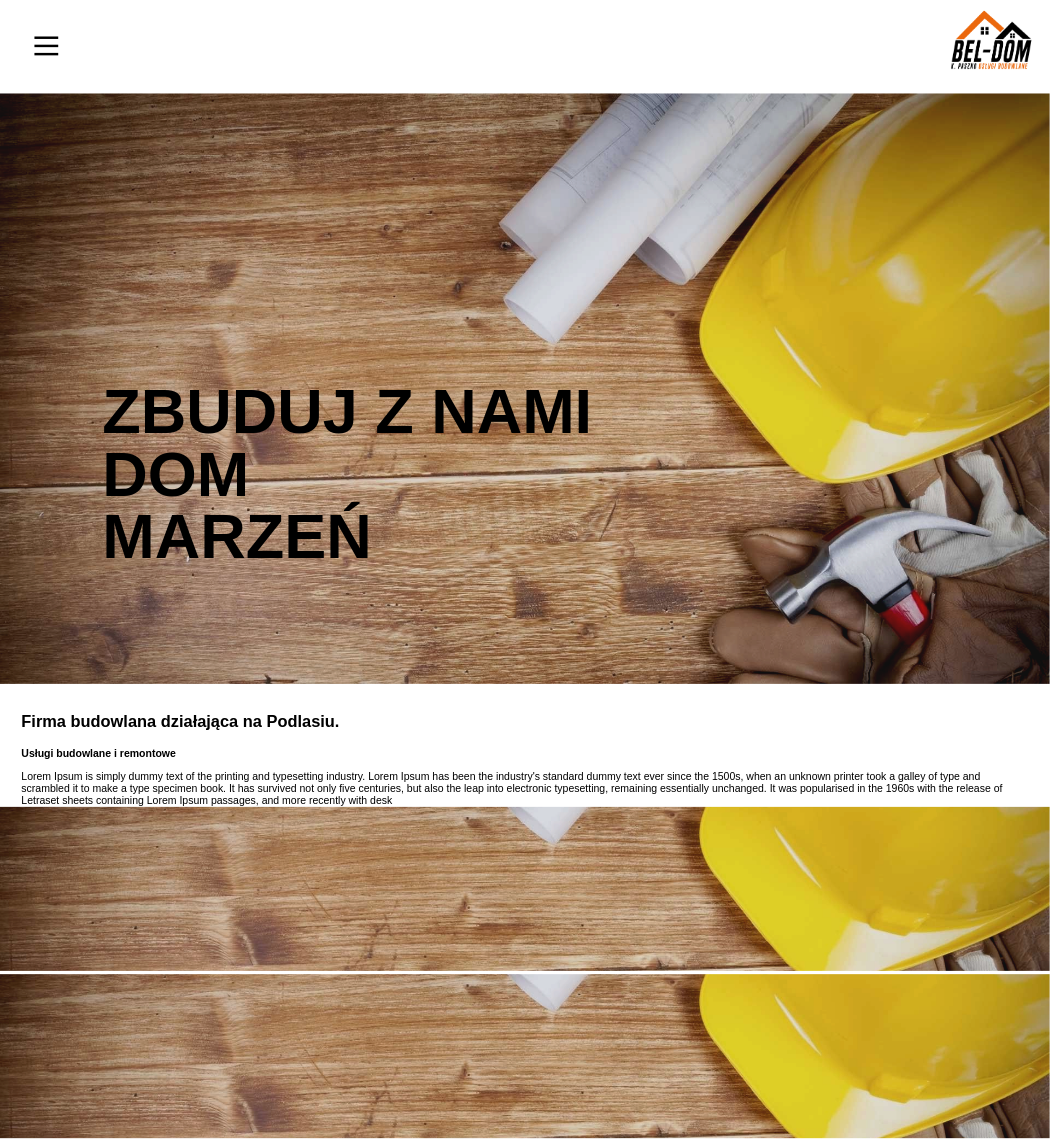
Repository: JakubPaszko2001/bel
Page: index.html
An editor plug-in stored every save of this project. The page is shown before and after the next save, followed by the edit.
The browser window is 1280 px wide. The pictures show the whole page, at 82% of full size.
Some web fonts or font styles are not loaded; a fallback is used.

Above is the page before, as saved 2022-01-05 22:26:24.

### index.html
<!DOCTYPE html>
<html lang="pl-PL">
<head>
    <meta charset="UTF-8">
    <meta http-equiv="X-UA-Compatible" content="IE=edge">
    <meta name="viewport" content="width=device-width, initial-scale=1.0">
    <title>BEL-DOM</title>
    <link rel="preconnect" href="https://fonts.googleapis.com">
    <link rel="preconnect" href="https://fonts.gstatic.com" crossorigin>
    <link href="https://fonts.googleapis.com/css2?family=Prompt:wght@300;400;700&display=swap" rel="stylesheet">
    <link rel="stylesheet" href="style.css">
</head>
<body>
<!-- HEADER -->
<header>
    <div class="container">
        <!-- SPAN -->
        <button class="hamburger">
            <span class="hamburger__menu">
                <span class="hamburger__inner"></span>
            </span>
        </button>
        <!-- LOGO -->
        <div class="header__logo">
            <img class="logo__pic" src="./images/logo.png" alt="logo">
        </div>
    </div>
</header>
<!-- MAIN -->
<main>
    <!-- NAV -->
    <div class="navigation">
        <ul class="navigation__list">
            <li class="navigation__item"><a href="#">jeden</a></li>
            <li class="navigation__item"><a href="#">dwa</a></li>
            <li class="navigation__item"><a href="#">trzy</a></li>
            <li class="navigation__item"><a href="#">cztery</a></li>
        </ul>
    </div>
    <!-- MAIN CONTAINER -->
    <div class="main__container">
        <div class="background__pic">
            <img src="./images/tlo1.png" alt="background">
        </div>
    <!-- TEXT ON IMG -->
    <h1 class="text">ZBUDUJ Z NAMI <br>DOM <br> MARZEŃ</h1>
    </div>
    <!-- TEXT -->
    <div class="main__text">
        <h1 class="main__text-h1">Firma budowlana działająca na Podlasiu.</h1>
        <h3 class="main__text-h3">Usługi budowlane i remontowe</h3>
        <h4 class="main__text-h4">Lorem Ipsum is simply dummy text of the printing and typesetting industry. Lorem Ipsum has been the industry's standard dummy text ever since the 1500s, when an unknown printer took a galley of type and scrambled it to make a type specimen book. It has survived not only five centuries, but also the leap into electronic typesetting, remaining essentially unchanged. It was popularised in the 1960s with the release of Letraset sheets containing Lorem Ipsum passages, and more recently with desk</h4>
    </div>
    <div class="main--photos">
        <img class="photo photo1" src="./images/tlo1.png" width="200px" height="200px" alt="photo1">
        <img class="photo photo2" src="./images/tlo1.png" width="200px" height="200px" alt="photo2">
    </div>
</main>
<script src="./js/script.js" type="text/javascript"></script>
</body>
</html>

### style.css
:root {
    /* WEIGHT */
    --ww-bold: 700;
    --ww-normal: 400;
    --ww-small: 300;
    /* COLORS */
    --color-orange: #EB680D;
    --color-black: #000000;
    /* SPACING */
    --margin: 1.25em;
    --margin-left: 1.625em;
    /* FONT SIZE */
    --fs-12: 1.25em;
    --fs-10: 0.8em;

}
* {
    margin: 0;
    padding: 0;
    box-sizing: border-box;
    font-family: 'Prompt', sans-serif;}
img {
    width: 100%;
    object-fit: cover;
}
.logo__pic {
    width: 6.875em;
    height: 6.875em;
}
.container {
    display: flex;
    margin: 0 var(--margin);
    justify-content: space-between;
    align-items: center;
}
.hamburger {
    padding: var(--margin-left);
    display: inline-block;
    cursor: pointer;
    background: transparent;
    border: 0;
    margin: 0;
}
.hamburger__menu  {
    width: 2.1875em;
    height: var(--margin);
    display: inline-block;
    position: relative;
}
.hamburger__inner {
    z-index: 999;
    width: 100%;
    height: 3px;
    background-color: black;
    position: absolute;
    left: 0;
    top: 50%;
    transform: translateY(-50%);
    transition: background-color 0.1s 0.2s ease-in-out;
}
.hamburger__inner::before,
.hamburger__inner::after {
    content: '';
    width: 100%;
    height: 3px;
    background-color: var(--color-black);
    position: absolute;
    left: 0;
    transition: transform 0.2s 0.2s ease-in-out;

}
.hamburger__inner::before {
    /* transform: translateY(-10px); */
    top: -10px;
}
.hamburger__inner::after {
    /* transform: translateY(10px); */
    top: 10px;
}
.hamburger--active .hamburger__inner {
    background-color: transparent;
}
.hamburger--active .hamburger__inner::before {
    transform: translateY(10px) rotate(45deg);
    background-color: var(--color-orange);
}
.hamburger--active .hamburger__inner::after {
    transform: translateY(-10px) rotate(-45deg);
    background-color: var(--color-orange);
}
.navigation {
    position: absolute;
    top: 0;
    left: 0;
    width: 10.9375em;
    height: 100vh;
    background-color: var(--color-black);
    display: flex;
    flex-direction: column;
    align-items: center;
    transform: translateX(-200px);
    transition: transform 0.3s 0.1s ease-in-out;
    z-index: 100;
}
.navigation--active {
    transform: translateX(0px);
}
.navigation__list {
    list-style: none;
}
.navigation__item {
    margin-bottom: 2.5em;
}
li:first-child {
    margin-top: 9.375em;
}
a {
    text-decoration: none;
    color: var(--color-orange);
    font-size: var(--margin);
}
.main__container {
    position: relative;
    z-index: 1;
}
.text {
    position: absolute;
    bottom: 20%;
    margin-left: var(--margin-left);
    /* left: var(--margin); */
    /* border: springgreen solid; */
    line-height: 1em;
    font-size: 6vw;
    font-weight: var(--ww-bold);
}
.main__text {
    /* margin: 0 var(--margin); */
    margin: 0 var(--margin-left);
}
.main__text-h1 {
    margin-top: 1.5em;
    margin-bottom: 1.0em;
    font-size: var(--fs-12);
    font-weight: var(--ww-bold);

}
.main__text-h3 {
    font-size: var(--fs-10);
    font-weight: var(--ww-bold);
    margin-bottom: 1em;
}
.main__text-h4 {
    font-size: var(--fs-10);
    font-weight: var(--ww-normal);
}
.main--photos {
    width: 100%;
    height: 300px;
}
.photo {
    position: relative;
}

### js/script.js
const hamburger = document.querySelector('.hamburger');
const Click = () => {
    hamburger.classList.toggle('hamburger--active');
}
hamburger.addEventListener('click',Click);

After the next save:
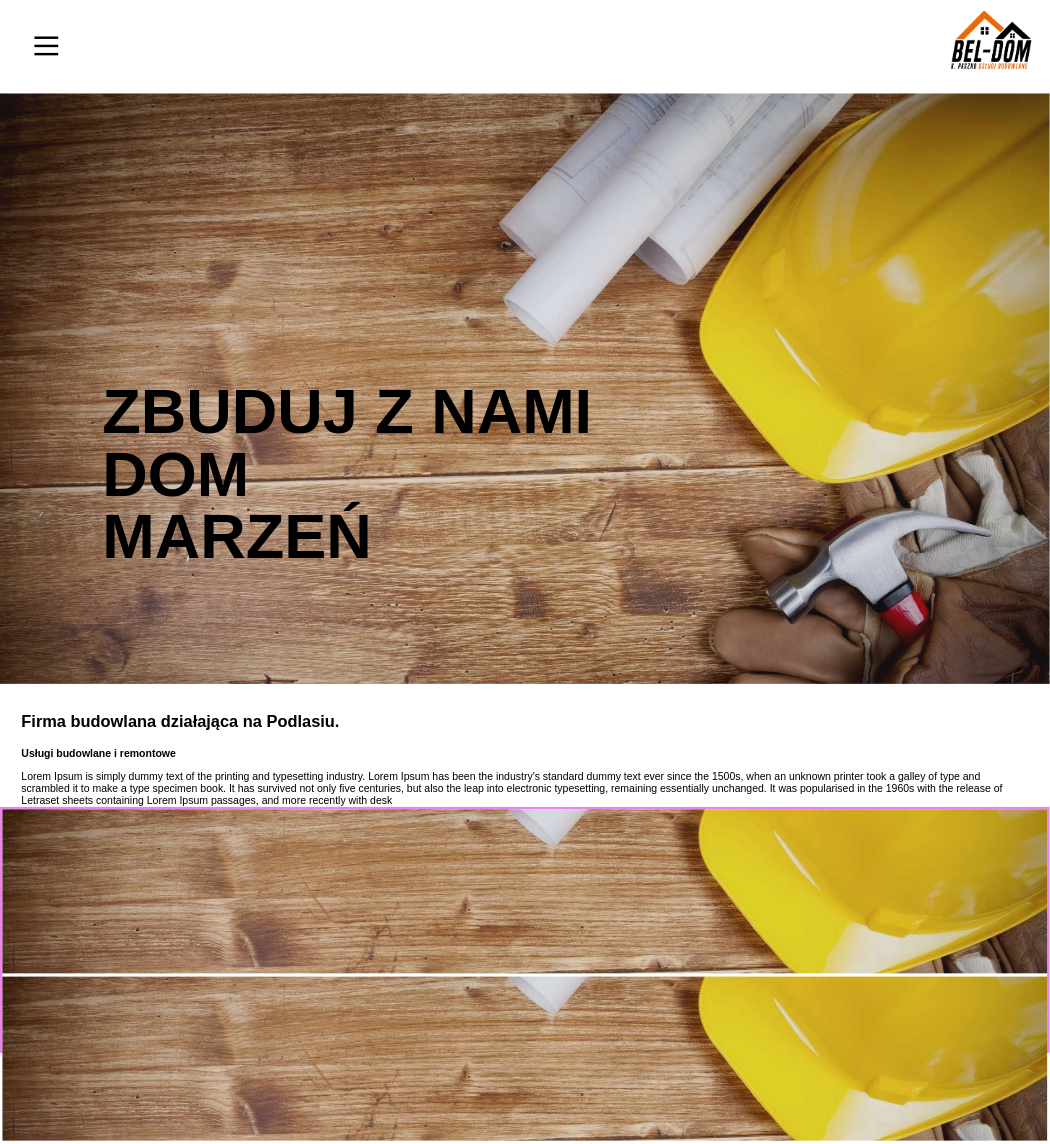
Saved 12 s later.
--- a/style.css
+++ b/style.css
@@ -156,6 +156,7 @@
 .main--photos {
     width: 100%;
     height: 300px;
+    border: violet solid;
 }
 .photo {
     position: relative;
